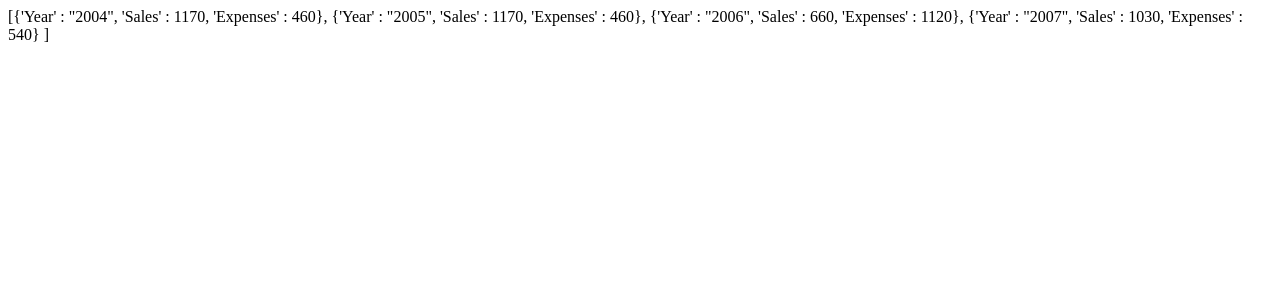
Repository: KYEONGWON-KIM/Project
Page: http://localhost/step02_axiosResponse/axiosPost.jsp
These files come from the project's save history. The page is drawn as it stood at one moment and after the next save; the edit follows.
The browser window is 1280 px wide. The pictures show the whole page.
The page is served by Tomcat 9.

Above is the page before, as saved 2019-09-03 07:16:58.

After the next save:
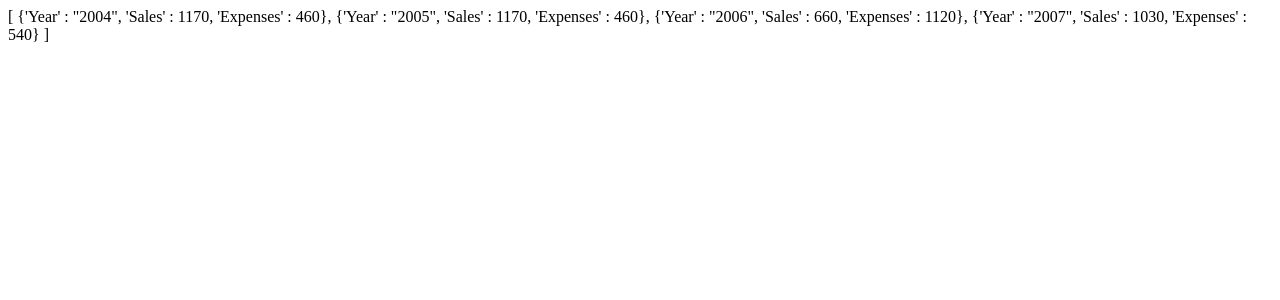
Saved 99 s later.
--- a/04.JavaScript/step02_axiosResponse/WebContent/axiosPost.jsp
+++ b/04.JavaScript/step02_axiosResponse/WebContent/axiosPost.jsp
@@ -1,7 +1,8 @@
 <%@ page language="java" contentType="text/html; charset=UTF-8"
     pageEncoding="UTF-8"%>
 <% response.setHeader("Access-Control-Allow-Origin", "*"); %>
-[{'Year' : "2004", 'Sales' : 1170, 'Expenses' : 460},
+[
+{'Year' : "2004", 'Sales' : 1170, 'Expenses' : 460},
 {'Year' : "2005", 'Sales' : 1170, 'Expenses' : 460},
 {'Year' : "2006", 'Sales' : 660, 'Expenses' : 1120},
 {'Year' : "2007", 'Sales' : 1030, 'Expenses' : 540}
